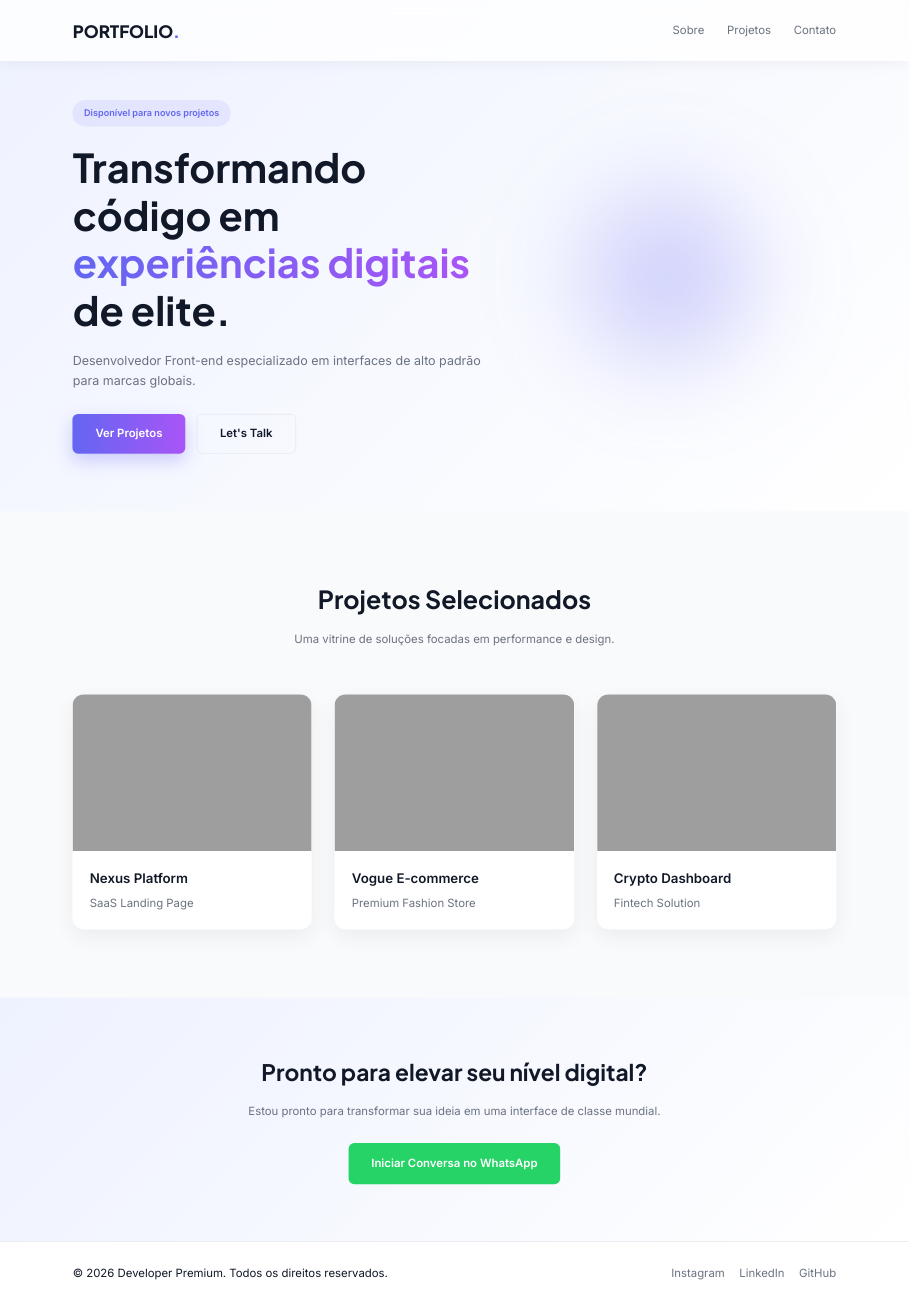
Repository: davidfsillva/David_Ferreira
Page: index.html
An editor plug-in stored every save of this project. The page is shown before and after the next save, followed by the edit.
The browser window is 1280 px wide. The pictures show the whole page, at 71% of full size.
Pictures or frames that could not be fetched are drawn as grey boxes.

Above is the page before, as saved 2026-02-11 09:56:25.

After the next save:
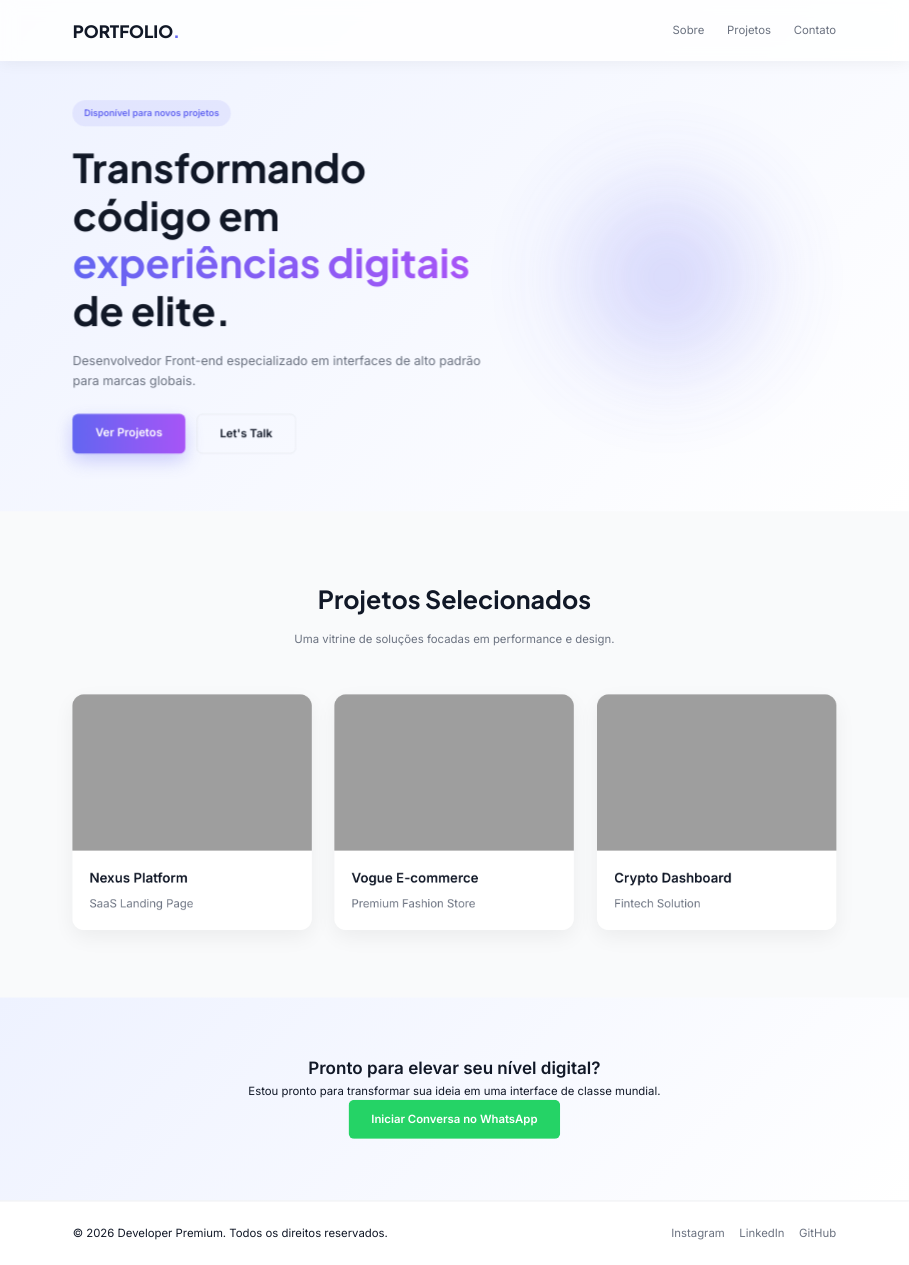
Saved 3 min 26 s later.
--- a/style.css
+++ b/style.css
@@ -25,6 +25,12 @@ body {
   background: var(--bg-light);
   color: var(--text-dark);
   line-height: 1.6;
+  animation: fadePage 0.8s ease-in-out;
+}
+
+@keyframes fadePage {
+  from { opacity: 0; transform: translateY(10px); }
+  to { opacity: 1; transform: translateY(0); }
 }
 
 /* NAVBAR */
@@ -36,10 +42,11 @@ body {
   display: flex;
   justify-content: space-between;
   align-items: center;
-  background: rgba(255,255,255,0.8);
+  background: rgba(255,255,255,0.85);
   backdrop-filter: blur(12px);
   box-shadow: 0 4px 20px rgba(0,0,0,0.05);
   z-index: 1000;
+  transition: var(--transition);
 }
 
 .logo {
@@ -67,6 +74,7 @@ body {
 
 .nav-links a:hover {
   color: var(--primary);
+  transform: translateY(-2px);
 }
 
 /* HERO */
@@ -82,6 +90,12 @@ body {
 
 .hero-content {
   max-width: 600px;
+  animation: heroFade 1s ease 0.2s both;
+}
+
+@keyframes heroFade {
+  from { opacity: 0; transform: translateY(40px); }
+  to { opacity: 1; transform: translateY(0); }
 }
 
 .badge {
@@ -115,36 +129,75 @@ body {
 }
 
 /* BUTTONS */
-.btn-primary {
+.btn-primary,
+.btn-secondary,
+.btn-whatsapp {
   display: inline-block;
-  background: linear-gradient(90deg, var(--primary), var(--accent));
-  color: var(--white);
   padding: 0.9rem 2rem;
   border-radius: 8px;
   text-decoration: none;
   font-weight: 600;
-  transition: var(--transition);
+  transition: all 0.3s ease;
+  position: relative;
+  overflow: hidden;
+}
+
+.btn-primary {
+  background: linear-gradient(90deg, var(--primary), var(--accent));
+  color: white;
   box-shadow: 0 10px 25px rgba(99,102,241,0.3);
 }
 
 .btn-primary:hover {
-  transform: translateY(-3px);
+  transform: translateY(-4px) scale(1.03);
+}
+
+.btn-primary:active {
+  transform: scale(0.96);
+}
+
+.btn-primary::after {
+  content: "";
+  position: absolute;
+  width: 200%;
+  height: 200%;
+  background: radial-gradient(circle, rgba(255,255,255,0.4), transparent 60%);
+  top: -50%;
+  left: -50%;
+  opacity: 0;
+  transition: opacity 0.4s ease;
+}
+
+.btn-primary:hover::after {
+  opacity: 1;
 }
 
 .btn-secondary {
-  display: inline-block;
-  padding: 0.9rem 2rem;
   border: 1px solid #e5e7eb;
-  border-radius: 8px;
+  color: var(--text-dark);
   margin-left: 1rem;
-  text-decoration: none;
-  font-weight: 600;
-  color: var(--text-dark);
-  transition: var(--transition);
 }
 
 .btn-secondary:hover {
   background: #f3f4f6;
+  transform: translateY(-4px);
+}
+
+.btn-secondary:active {
+  transform: scale(0.96);
+}
+
+.btn-whatsapp {
+  background: #25d366;
+  color: white;
+}
+
+.btn-whatsapp:hover {
+  transform: translateY(-4px) scale(1.03);
+}
+
+.btn-whatsapp:active {
+  transform: scale(0.96);
 }
 
 .hero-btns {
@@ -167,6 +220,13 @@ body {
   background: radial-gradient(circle, rgba(99,102,241,0.4), transparent 70%);
   border-radius: 50%;
   filter: blur(60px);
+  animation: pulseGlow 4s infinite ease-in-out;
+}
+
+@keyframes pulseGlow {
+  0% { transform: scale(1); opacity: 0.7; }
+  50% { transform: scale(1.1); opacity: 1; }
+  100% { transform: scale(1); opacity: 0.7; }
 }
 
 /* PORTFOLIO */
@@ -201,15 +261,18 @@ body {
   overflow: hidden;
   box-shadow: 0 10px 30px rgba(0,0,0,0.06);
   cursor: pointer;
-  transition: var(--transition);
+  transition: transform 0.4s ease, box-shadow 0.4s ease;
+  will-change: transform;
 }
 
 .project-card:hover {
-  transform: translateY(-10px);
+  transform: translateY(-12px) scale(1.03);
+  box-shadow: 0 25px 50px rgba(99,102,241,0.2);
 }
 
 .card-image {
   position: relative;
+  overflow: hidden;
 }
 
 .card-image img {
@@ -217,6 +280,11 @@ body {
   height: 220px;
   object-fit: cover;
   display: block;
+  transition: transform 0.6s ease;
+}
+
+.project-card:hover .card-image img {
+  transform: scale(1.08);
 }
 
 .card-overlay {
@@ -229,7 +297,7 @@ body {
   color: white;
   font-weight: 600;
   opacity: 0;
-  transition: var(--transition);
+  transition: opacity 0.4s ease;
 }
 
 .project-card:hover .card-overlay {
@@ -255,32 +323,6 @@ body {
   background: linear-gradient(135deg, #eef2ff, #ffffff);
 }
 
-.cta-section h2 {
-  font-family: 'Plus Jakarta Sans', sans-serif;
-  font-size: 2rem;
-  margin-bottom: 1rem;
-}
-
-.cta-section p {
-  color: var(--text-light);
-  margin-bottom: 2rem;
-}
-
-.btn-whatsapp {
-  display: inline-block;
-  background: #25d366;
-  color: white;
-  padding: 1rem 2rem;
-  border-radius: 8px;
-  text-decoration: none;
-  font-weight: 600;
-  transition: var(--transition);
-}
-
-.btn-whatsapp:hover {
-  transform: translateY(-3px);
-}
-
 /* FOOTER */
 footer {
   padding: 2rem 8%;
@@ -304,6 +346,7 @@ footer {
 
 .social-links a:hover {
   color: var(--primary);
+  transform: translateY(-2px);
 }
 
 /* MODAL */
@@ -324,7 +367,13 @@ footer {
   max-width: 900px;
   border-radius: 20px;
   overflow: hidden;
-  animation: fadeIn 0.3s ease;
+  animation: modalZoom 0.4s cubic-bezier(.23,1,.32,1);
+  position: relative;
+}
+
+@keyframes modalZoom {
+  from { opacity: 0; transform: scale(0.85) translateY(20px); }
+  to { opacity: 1; transform: scale(1) translateY(0); }
 }
 
 .modal-body {
@@ -349,11 +398,11 @@ footer {
   border: none;
   font-size: 2rem;
   cursor: pointer;
-}
-
-@keyframes fadeIn {
-  from {opacity: 0; transform: scale(0.95);}
-  to {opacity: 1; transform: scale(1);}
+  transition: transform 0.3s ease;
+}
+
+.close-modal:hover {
+  transform: rotate(90deg);
 }
 
 /* RESPONSIVO */
